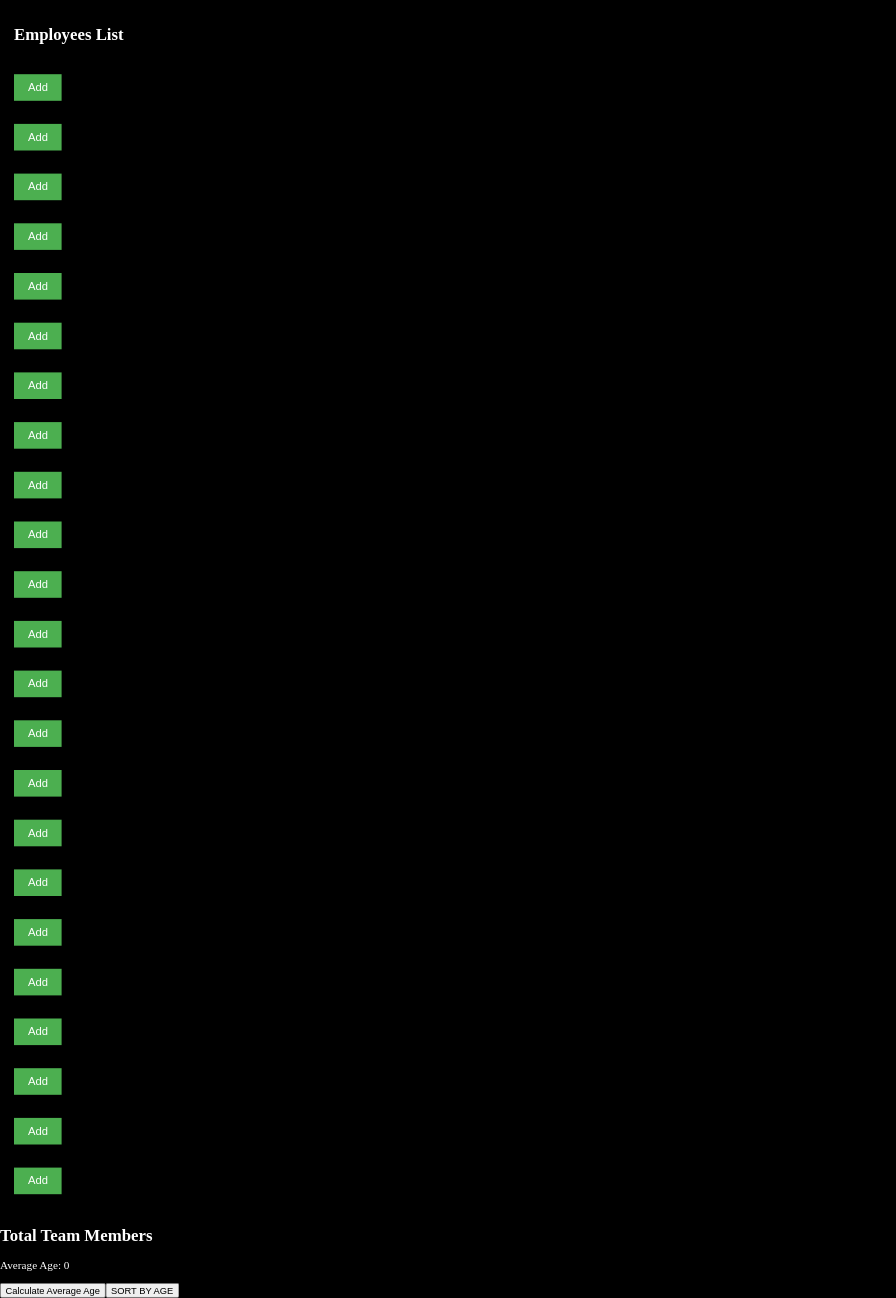
Repository: sriram1224/Teams-list
Page: /
The author's editor kept a copy of each file at every save. The page is drawn from the files as they stood at one save, then again after the next save.
The browser window is 1280 px wide. The pictures show the whole page, at 70% of full size.
The project was rebuilt for these pictures with package versions that can differ from the ones it lists, and the page was loaded fresh each time.

Above is the page before, as saved 2024-03-26 21:48:48.

After the next save:
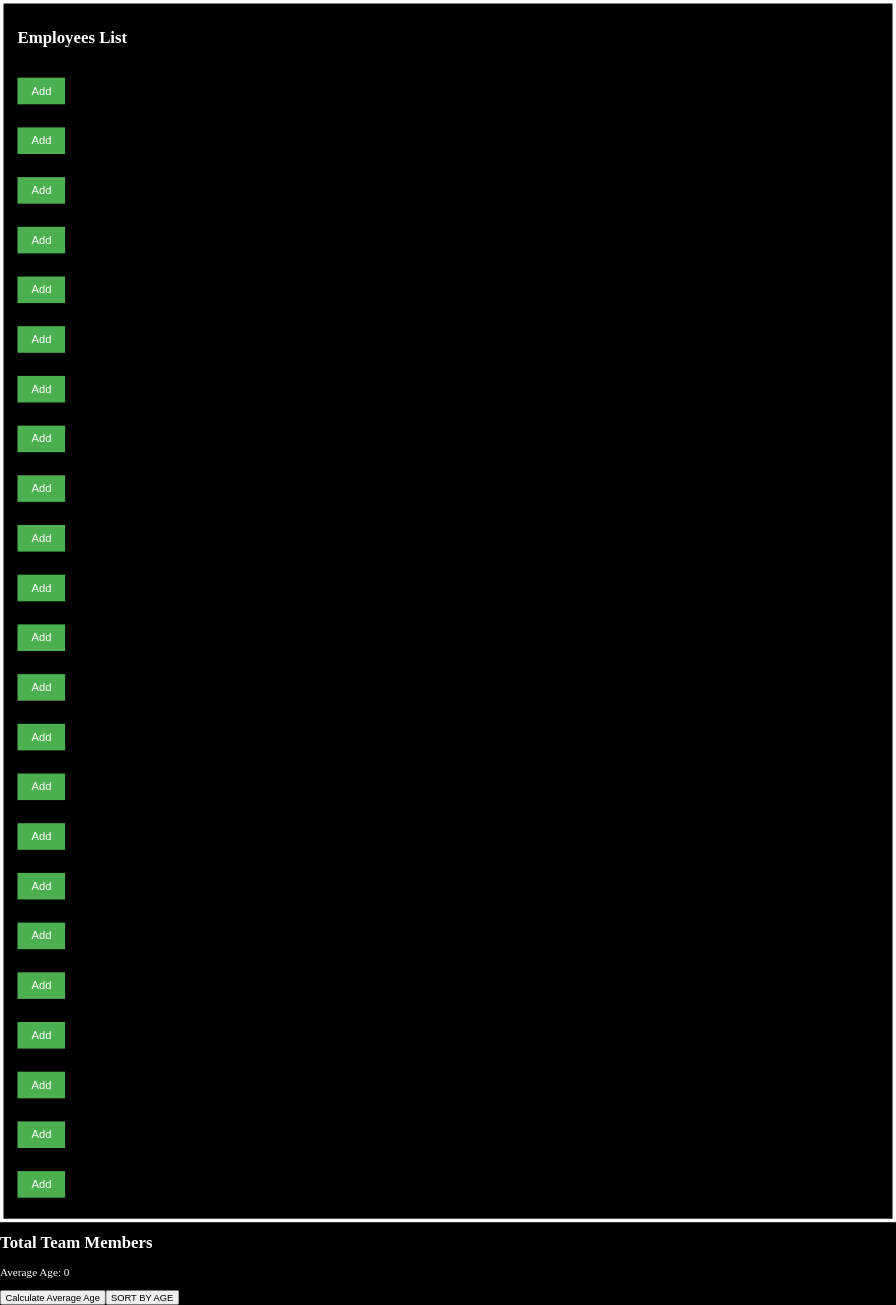
Saved 56 s later.
--- a/src/list.css
+++ b/src/list.css
@@ -1,5 +1,8 @@
 .employees-list {
     padding: 20px;
+    border: 10px solid;
+    border-image-slice: 1;
+    border-width: 5px;
 }
 
 .header {
@@ -37,12 +40,8 @@
     color: black;
 }
 
-.border-gradient {
-    border: 10px solid;
-    border-image-slice: 1;
-    border-width: 5px;
-}
 
-.border-gradient-purple {
+
+.purple {
     border-image-source: linear-gradient(to left, #743ad5, #d53a9d);
 }
